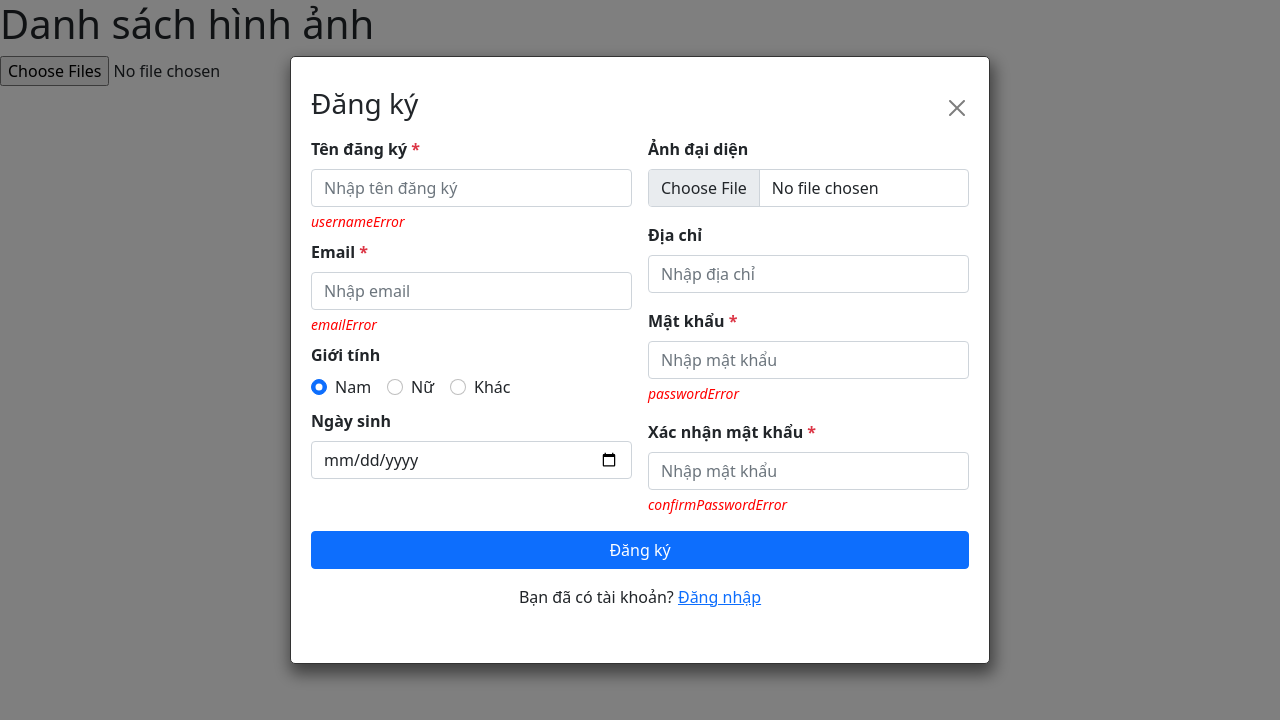
Repository: TinhTT336/MD02_Session14
Page: / (app in client/)
An editor plug-in stored every save of this project. The page is shown before and after the next save, followed by the edit.
The browser window is 1280 px wide. The pictures show the whole page.
The page's requests for data from a server got no answer. The project was rebuilt for these pictures with package versions that can differ from the ones it lists, and the page was loaded fresh each time. No one was signed in, and anything a server would have sent is missing. Also part of the build but not shown: client/vite.config.js, client/src/index.css.

Above is the page before, as saved 2023-09-14 10:48:49.

After the next save:
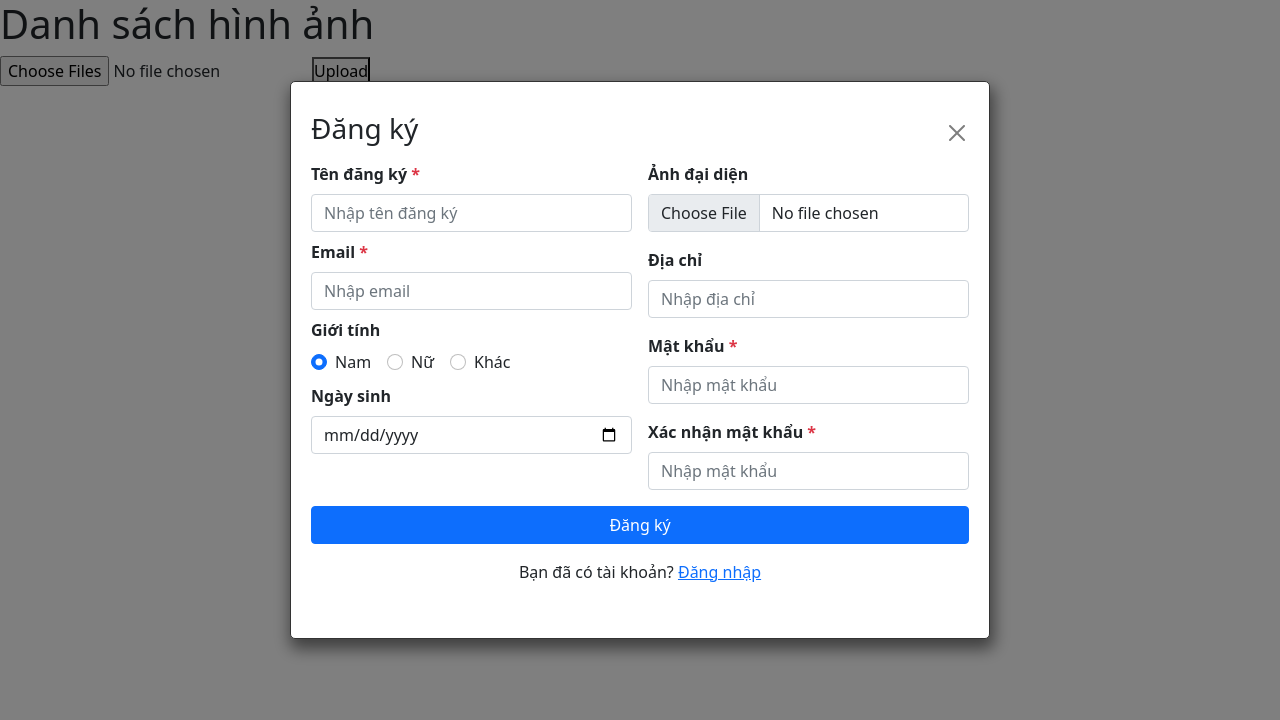
Saved 79 s later.
--- a/client/src/components/register/Register.jsx
+++ b/client/src/components/register/Register.jsx
@@ -105,13 +105,13 @@ export default function Register() {
                                 <label className='form-label' htmlFor="user_name">Tên đăng ký <span className="text-danger">*</span></label>
                                 <input onChange={handleChange} className="form-control" type="text" name="user_name" id="user_name" placeholder='Nhập tên đăng ký'
                                 />
-                                <div className='text-err mt-1'>usernameError</div>
+                                {usernameError && <div className='text-err mt-1'>{usernameError}</div>}
                             </div>
                             <div className='form-group mb-2'>
                                 <label className='form-label' htmlFor="email">Email <span className="text-danger">*</span></label>
                                 <input onChange={handleChange} className="form-control" type="text" name="email" id="email"
                                     placeholder='Nhập email' />
-                                <div className='text-err mt-1'>emailError</div>
+                                {emailError && <div className='text-err mt-1'>{emailError}</div>}
                             </div>
                             <div className='d-flex flex-column'>
                                 <label htmlFor="gender" className="form-label me-4">
@@ -152,13 +152,13 @@ export default function Register() {
                                 <label className='form-label' htmlFor="password">Mật khẩu <span className="text-danger">*</span></label>
                                 <input onChange={handleChange} className="form-control" type="password" name="password" id="password" placeholder='Nhập mật khẩu'
                                 />
-                                <div className='text-err mt-1'>passwordError</div>
+                                {passwordError && <div className='text-err mt-1'>{passwordError}</div>}
                             </div>
                             <div className='form-group mb-3'>
                                 <label className='form-label' htmlFor="confirmPassword">Xác nhận mật khẩu <span className="text-danger">*</span></label>
                                 <input onChange={handleChange} className='form-control' type="password" name="confirmPassword" id="confirmPassword" placeholder='Nhập mật khẩu'
                                 />
-                                <div className='text-err mt-1'>confirmPasswordError</div>
+                                {confirmPasswordError && <div className='text-err mt-1'>{confirmPasswordError}</div>}
                             </div>
                         </div>
                     </div>
